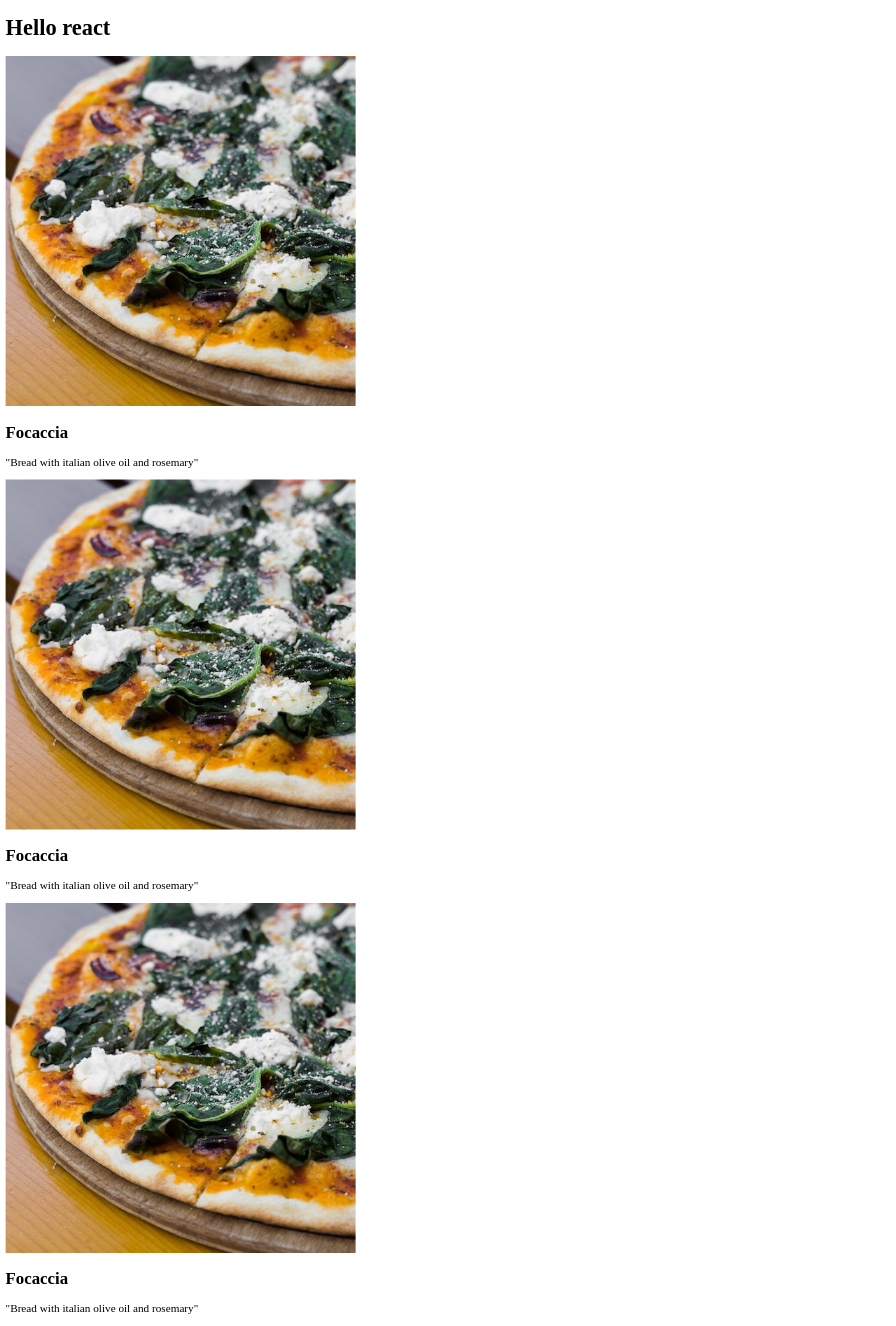
Repository: ahmedharidy/First-React-App
Page: /
An editor plug-in stored every save of this project. The page is shown before and after the next save, followed by the edit.
The browser window is 1280 px wide. The pictures show the whole page, at 70% of full size.
The project was rebuilt for these pictures with package versions that can differ from the ones it lists, and the page was loaded fresh each time.

Above is the page before, as saved 2026-09-22 08:37:20.

### src/index.js
import React from "react";
import ReactDOM from "react-dom/client";

function App() {
  return (
    <div>
      <h1>Hello react</h1>
      <Pizza />
      <Pizza />
      <Pizza />
    </div>
  );
}

const pizzaData = [
  {
    name: "Focaccia",
    ingredients: "Bread with italian olive oil and rosemary",
    price: 6,
    photoName: "pizzas/focaccia.jpg",
    soldOut: false,
  },
  {
    name: "Pizza Margherita",
    ingredients: "Tomato and mozarella",
    price: 10,
    photoName: "pizzas/margherita.jpg",
    soldOut: false,
  },
  {
    name: "Pizza Spinaci",
    ingredients: "Tomato, mozarella, spinach, and ricotta cheese",
    price: 12,
    photoName: "pizzas/spinaci.jpg",
    soldOut: false,
  },
  {
    name: "Pizza Funghi",
    ingredients: "Tomato, mozarella, mushrooms, and onion",
    price: 12,
    photoName: "pizzas/funghi.jpg",
    soldOut: false,
  },
  {
    name: "Pizza Salamino",
    ingredients: "Tomato, mozarella, and pepperoni",
    price: 15,
    photoName: "pizzas/salamino.jpg",
    soldOut: true,
  },
  {
    name: "Pizza Prosciutto",
    ingredients: "Tomato, mozarella, ham, aragula, and burrata cheese",
    price: 18,
    photoName: "pizzas/prosciutto.jpg",
    soldOut: false,
  },
];

function Pizza() {
  return (
    <div>
      <img src="pizzas/spinaci.jpg" alt="alt"></img>
      <h2>Focaccia</h2>
      <p>"Bread with italian olive oil and rosemary"</p>
    </div>
  );
}

function Header() {
  return <h1>Fast react pizza co.</h1>;
}
function Menu() {}
function Footer() {}

const root = ReactDOM.createRoot(document.getElementById("root"));

root.render(<App />);

Loaded but not shown: public/index.html (common file)

After the next save:
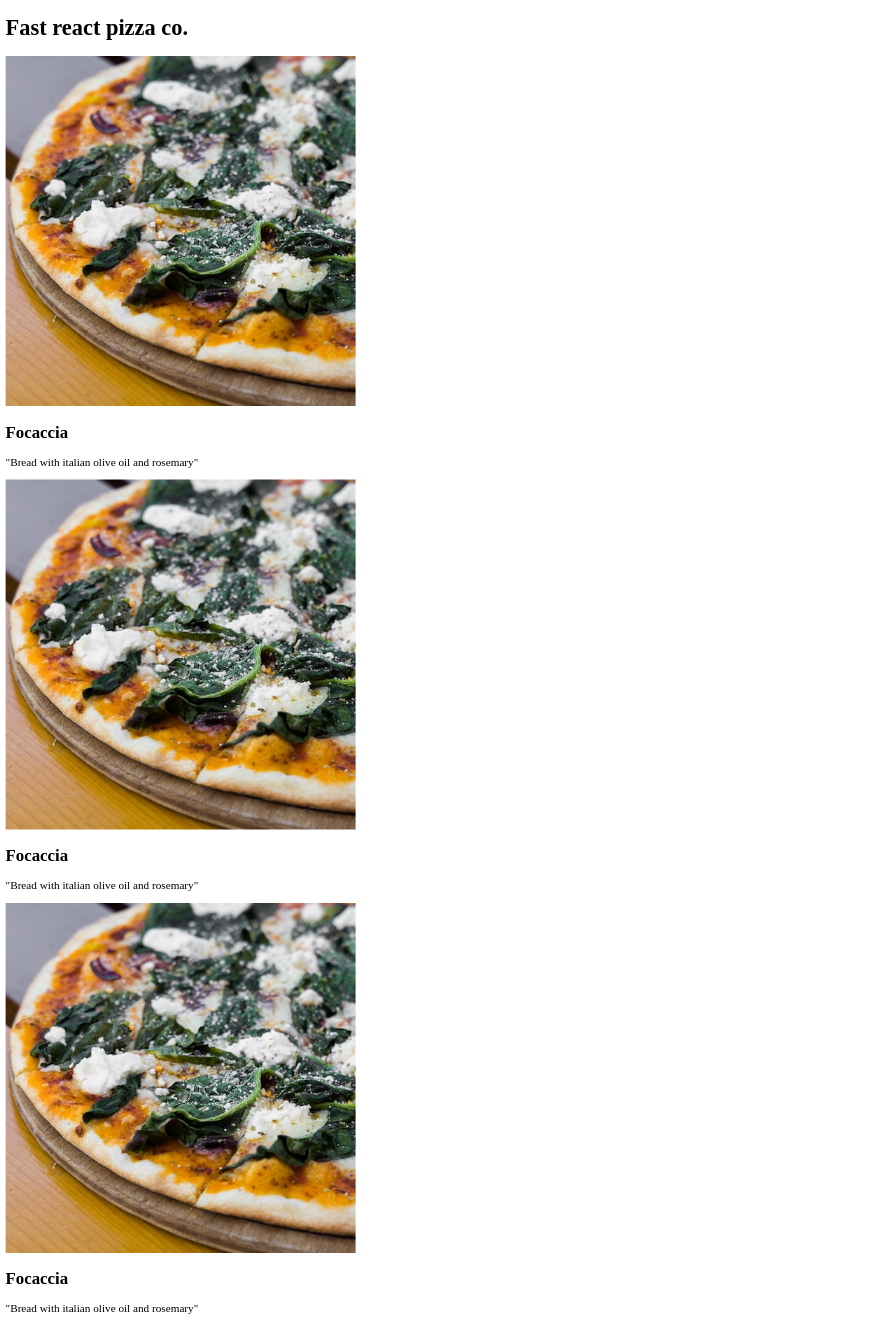
Saved 35 s later.
--- a/src/index.js
+++ b/src/index.js
@@ -1,16 +1,5 @@
 import React from "react";
 import ReactDOM from "react-dom/client";
-
-function App() {
-  return (
-    <div>
-      <h1>Hello react</h1>
-      <Pizza />
-      <Pizza />
-      <Pizza />
-    </div>
-  );
-}
 
 const pizzaData = [
   {
@@ -56,6 +45,16 @@ const pizzaData = [
     soldOut: false,
   },
 ];
+function App() {
+  return (
+    <div>
+      <Header />
+      <Pizza />
+      <Pizza />
+      <Pizza />
+    </div>
+  );
+}
 
 function Pizza() {
   return (
